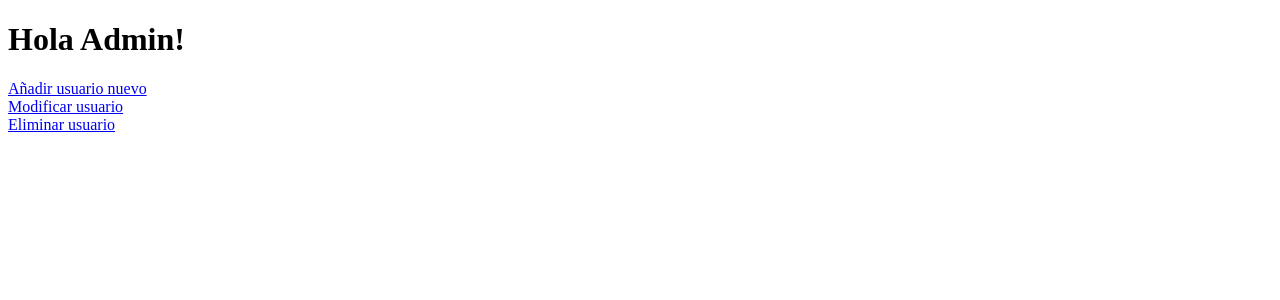
Repository: nachmz42/ProyectoJoker
Page: http://localhost/Joker/admin.jsp
An editor plug-in stored every save of this project. The page is shown before and after the next save, followed by the edit.
The browser window is 1280 px wide. The pictures show the whole page.
The page is served by Tomcat 9. Other server files are loaded and not shown.

Above is the page before, as saved 2021-07-01 14:02:22.

### Joker/src/main/webapp/admin.jsp
<%@ page language="java" contentType="text/html; charset=ISO-8859-1"
    pageEncoding="ISO-8859-1"%>
<!DOCTYPE html>
<html>
<head>
<meta charset="ISO-8859-1">
<title>Insert title here</title>
</head>
<body>
<h1>Hola Admin!</h1>

<a href="añadirusuario.jsp">Añadir usuario nuevo</a><br>
<a href="modificarusuario.jsp">Modificar usuario</a><br>
<a href="eliminarusuario.jsp">Eliminar usuario</a><br>



</body>
</html>

After the next save:
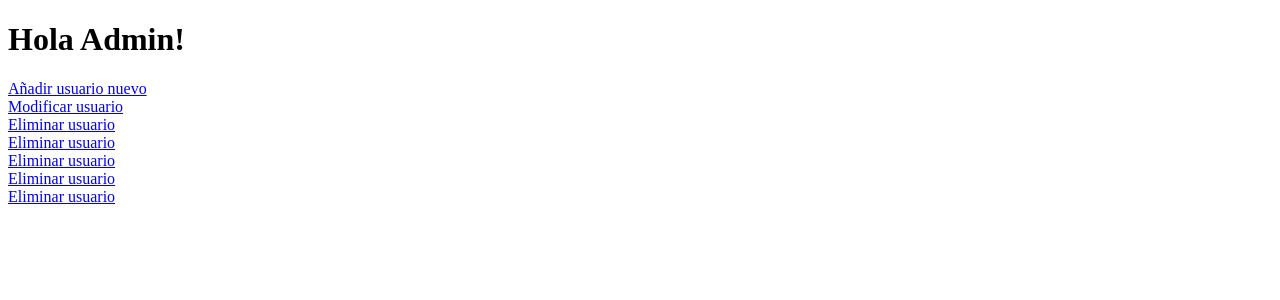
Saved 2 min 19 s later.
--- a/Joker/src/main/webapp/admin.jsp
+++ b/Joker/src/main/webapp/admin.jsp
@@ -12,6 +12,10 @@
 <a href="añadirusuario.jsp">Añadir usuario nuevo</a><br>
 <a href="modificarusuario.jsp">Modificar usuario</a><br>
 <a href="eliminarusuario.jsp">Eliminar usuario</a><br>
+<a href="añadirpreguntas.jsp">Eliminar usuario</a><br>
+<a href="modificarpreguntas.jsp">Eliminar usuario</a><br>
+<a href="eliminarpreguntas.jsp">Eliminar usuario</a><br>
+<a href="tablaranking.jsp">Eliminar usuario</a><br>
 
 
 
